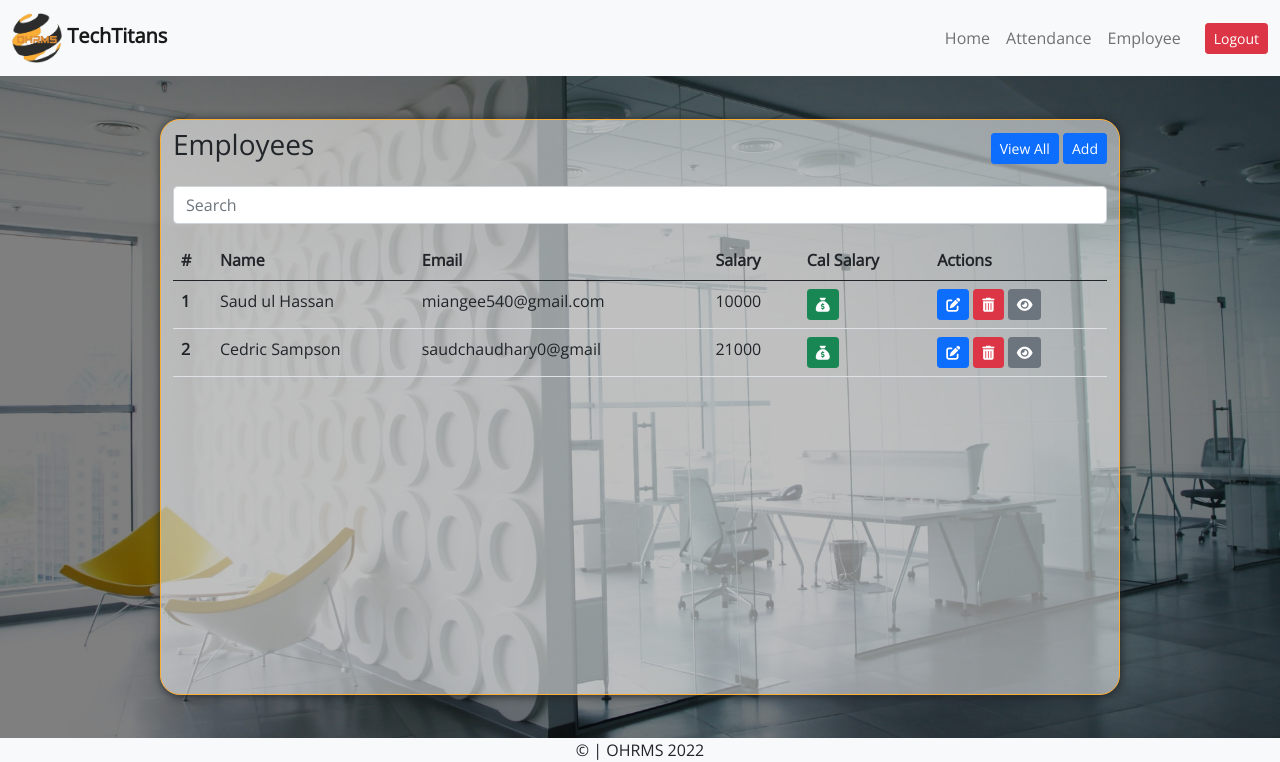
Repository: SaudCh/PHP-OHRMS
Page: http://localhost/ohrm/admin/employee
These files come from the project's save history. The page is drawn as it stood at one moment and after the next save; the edit follows.
The browser window is 1280 px wide. The pictures show the whole page.
Some web libraries are served in a nearby version. The page is run by PHP 8.4 with error messages shown; the project is at /var/www/html/. The session is filled in as if someone had signed in: {"admin": "admin@ohrm.com"}. The database holds what the project's SQL file puts in it.

Above is the page before, as saved 2022-06-15 22:53:13.

After the next save:
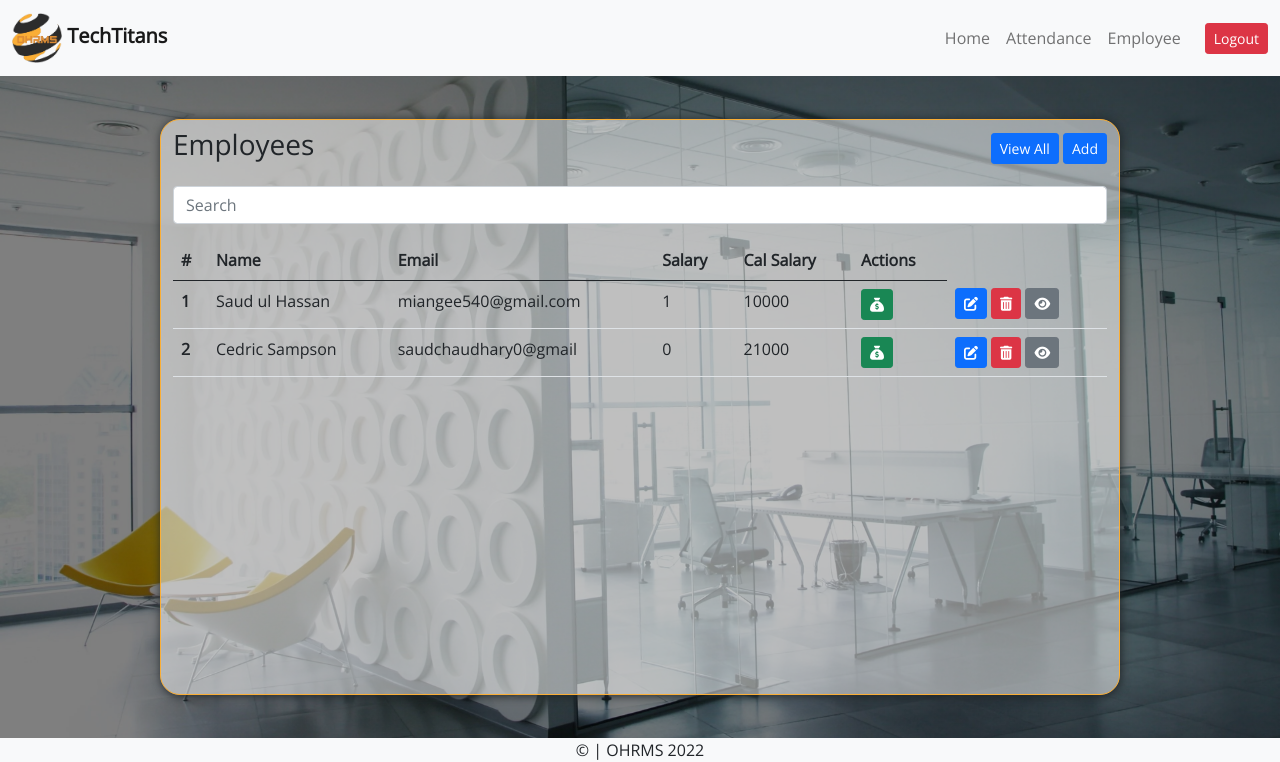
Saved 2 min 8 s later.
--- a/admin/employee.php
+++ b/admin/employee.php
@@ -61,6 +61,9 @@
                                         <td><?= $row["name"] ?></td>
                                         <td><?= $row['emailAddress'] ?></td>
                                         <td>
+                                            <?= $row['empStatus'] ?>
+                                        </td>
+                                        <td>
                                             <?= $row['salary'] ?>
                                         </td>
                                         <td>
